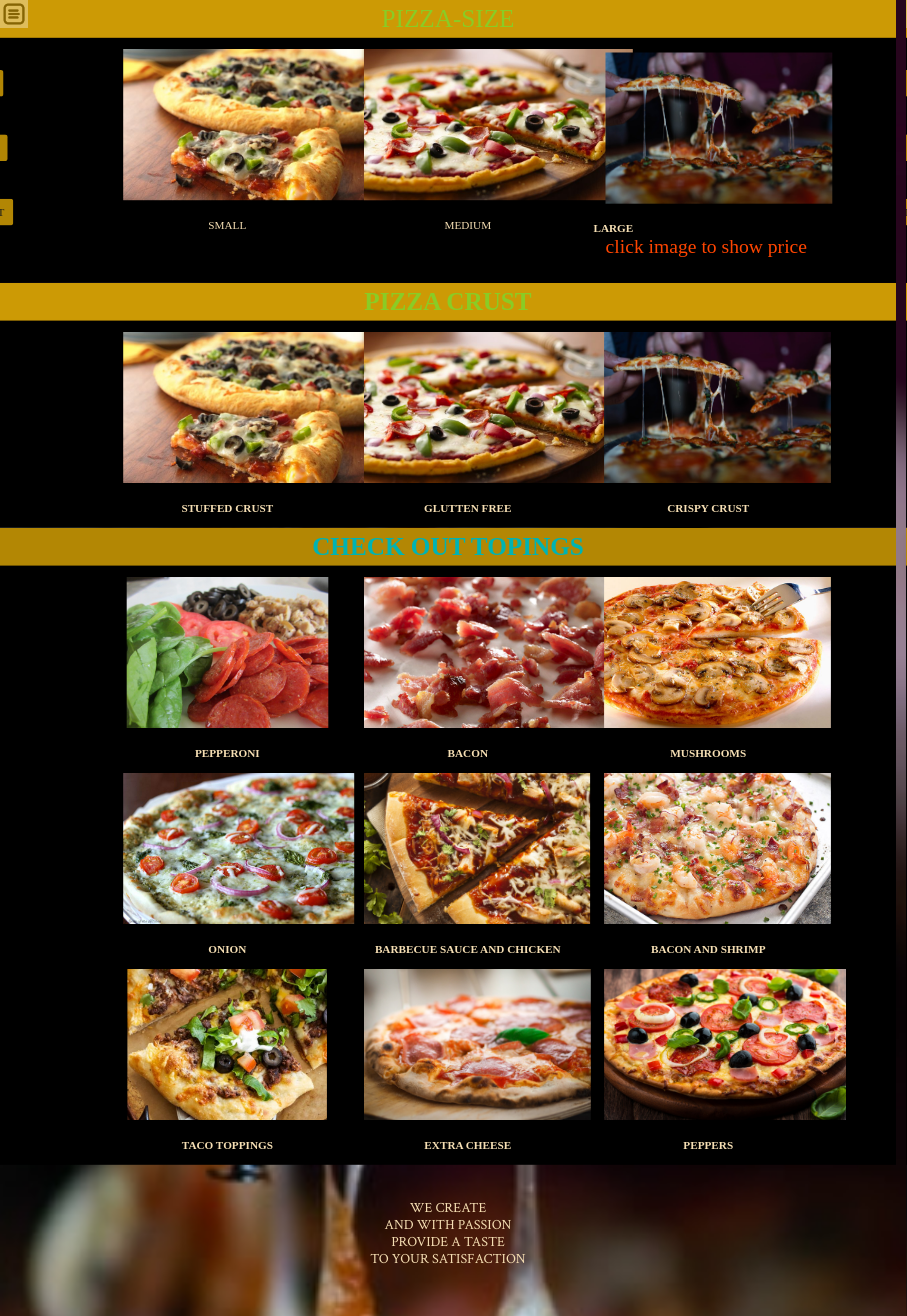
Repository: alexmwaura/MOREO--PIZZA-IP4
Page: mine.html
An editor plug-in stored every save of this project. The page is shown before and after a run of saves, followed by the edit.
The browser window is 1280 px wide. The page is 1295 px wide, so the pictures cover 1295 px, including what lies to the right of the window. The pictures show the part of the page from y = 0 to 1880 px (the page is 3146 px tall), at 70% of full size.
Some web fonts or font styles are not loaded; a fallback is used.

Above is the page before, as saved 2019-09-01 16:53:27.

After the next 2 saves:
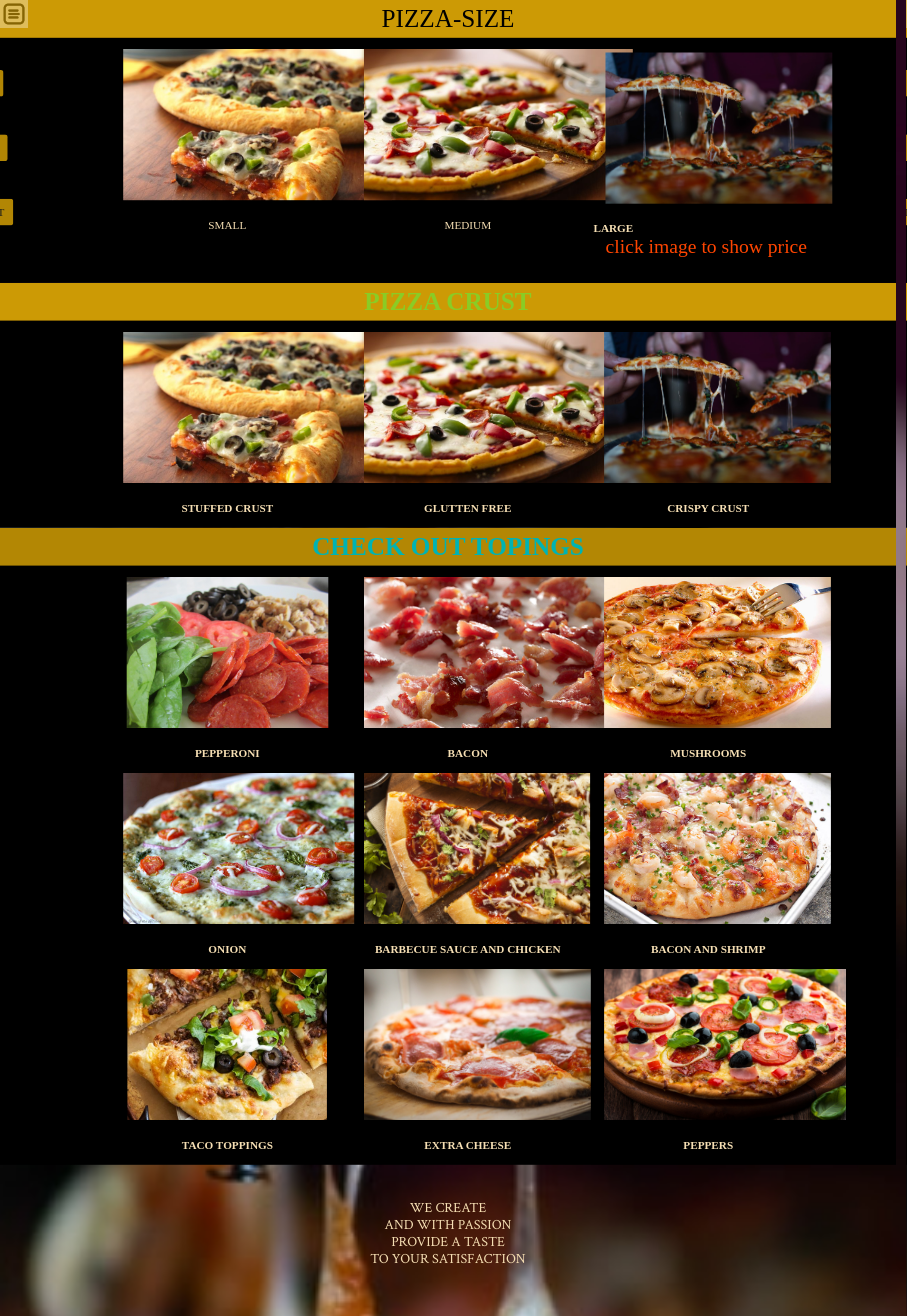
The 2 saves are shown as one change because they came seconds apart.
The last was saved 41 s later.
--- a/mine.html
+++ b/mine.html
@@ -38,7 +38,7 @@
 
                         <div class="bg-warning" id="pizza-crust" style="opacity: 0.8">
 
-                            <p style="color:greenyellow">PIZZA-SIZE</p>
+                            <p style="color: black">PIZZA-SIZE</p>
 
                         </div>
 
